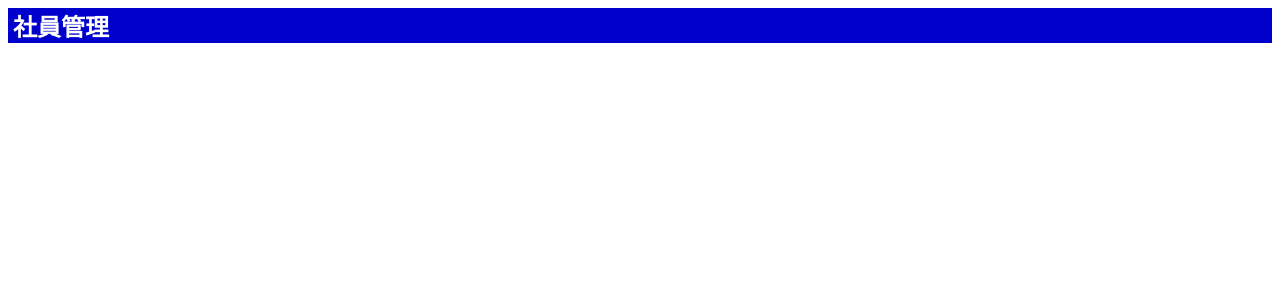
Repository: eb-communicationservice/php_study
Page: http://localhost/views/scripts/members/index.php
The author's editor kept a copy of each file at every save. The page is drawn from the files as they stood at one save, then again after the next save.
The browser window is 1280 px wide. The pictures show the whole page.
The page is run by PHP 8.4 with error messages shown; the project is at /var/www/html/.

Above is the page before, as saved 2015-12-06 07:42:19.

After the next save:
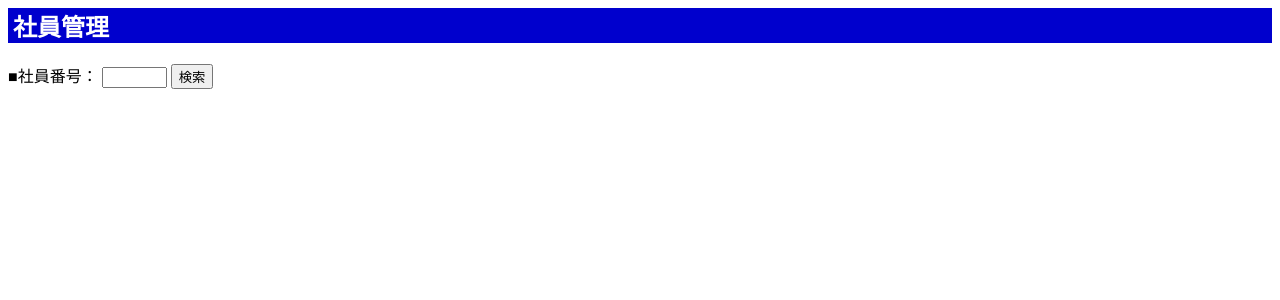
Saved 37 min 2 s later.
--- a/kadai01/views/scripts/members/index.php
+++ b/kadai01/views/scripts/members/index.php
@@ -6,5 +6,10 @@
 	<div id="viewName">
 		<h2>社員管理</h2>
 	</div>
+	<form action="indexController.php" method="post">
+		<label for="member_id">■社員番号：</label>
+		<input id="member_id" type="text" name="member_id" size="5" maxlength="6" value="" />
+		<input type="submit" value="検索" />
+	</form>
 
 </body>
